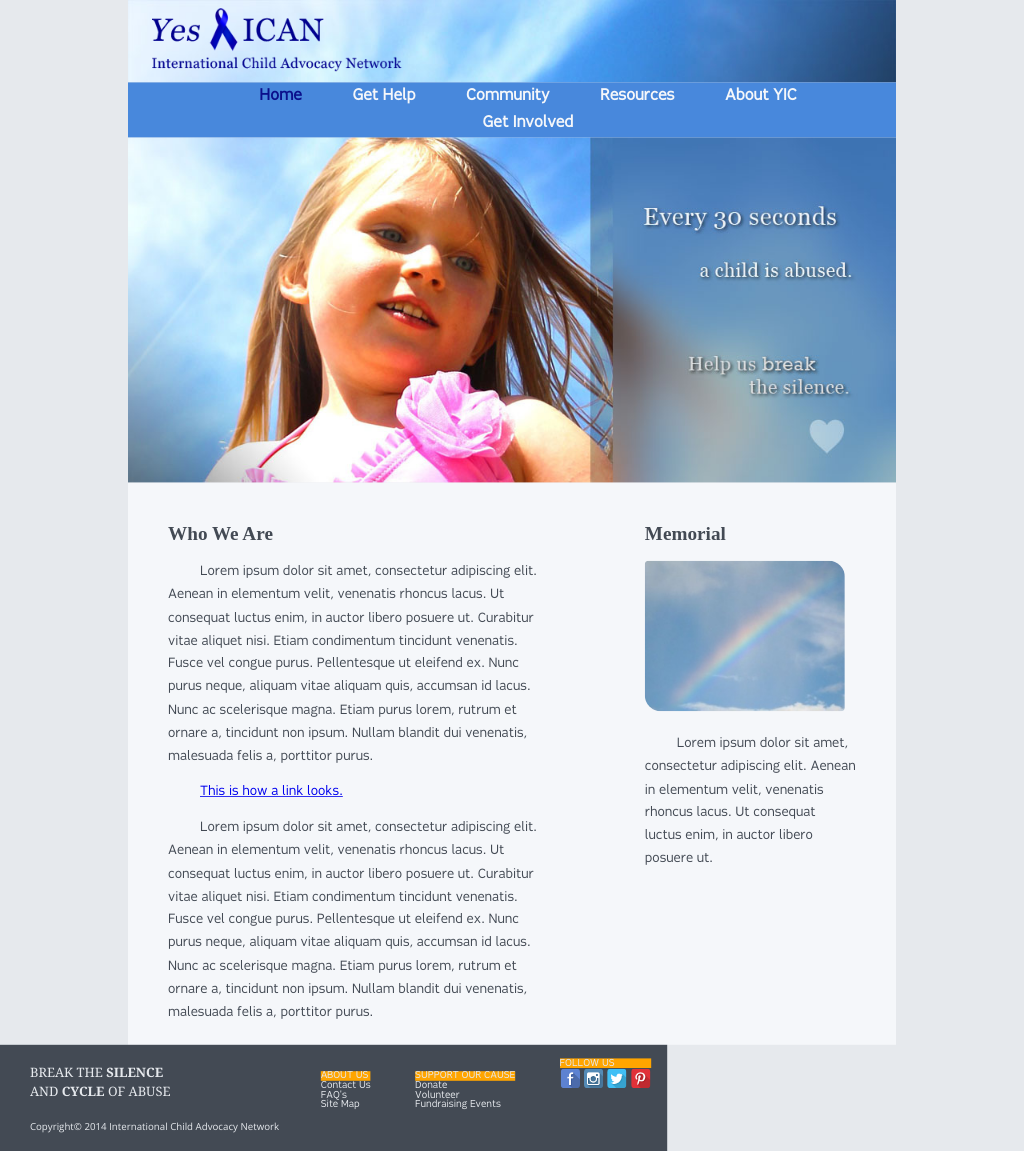
Repository: Rob21789/Yes-I-Can
Page: index.html
The author's editor kept a record of every edit. The page is drawn from the files as they stood at one moment, then again after the next edit.
The browser window is 1280 px wide. The pictures show the whole page, at 80% of full size.
Some web fonts or font styles are not loaded; a fallback is used.

Above is the page before.

### index.html
<!DOCTYPE html>
<html>
  <head>
	<meta charset="utf-8">
	<title>Yes ICAN: International Child Advocacy Network</title>
	<link rel="stylesheet" href="css/normalize.css"/>
	<link rel="stylesheet" href="css/main.css"/>
	<link rel="stylesheet" href="css/responsive1.css"/>
	<meta name="viewport" content="width=device-width, maximum-scale=1; minimum-scale=1; initial-scale=1.0">
	<link href='http://fonts.googleapis.com/css?family=Droid+Serif:700|Open+Sans' rel='stylesheet' type='text/css'>
  </head>
  <body>
	<header>
			<!--This is where my header was, but I am commenting it out for editing
		<img id="header" src="img/header.jpg"/> Include transparent logo PNG here-->
		<div id="header"><a href="index.html"><img id="logo" alt="site logo" src="img/logo.png"/></a></div>

		<nav>
			<ul>
			    <li><a class="selected" href="index.html">Home</a></li>
				<li><a href="chat.html">Get Help</a></li>
				<li><a href="http://community.yesican.org">Community</a></li>
				<li><a href="resources.html">Resources</a></li>
				<li><a href="about.html">About YIC</a></li>
				<li><a href="supportyic.html">Get Involved</a></li>
			</ul>
		</nav>
	</header>


	<img id="banner" alt="home page banner" src="img/banner.jpg"/>
	<!--The main content of the website will go inside of the #wrapper id. It is divided into two sections: #primary & #secondary.-->
	<div id="wrapper">
		<!-- Two sections have been created for desktop view to have two columns. Mobile website will just be stacked-->
		<div id="content">
			<section id="primary"><!--Left column content goes here-->
				<h2>Who We Are</h2>
				<p>Lorem ipsum dolor sit amet, consectetur adipiscing elit. Aenean in elementum velit, venenatis rhoncus lacus. Ut consequat luctus enim, in auctor libero posuere ut. Curabitur vitae aliquet nisi. Etiam condimentum tincidunt venenatis. Fusce vel congue purus. Pellentesque ut eleifend ex. Nunc purus neque, aliquam vitae aliquam quis, accumsan id lacus. Nunc ac scelerisque magna. Etiam purus lorem, rutrum et ornare a, tincidunt non ipsum. Nullam blandit dui venenatis, malesuada felis a, porttitor purus.</p>
				<p><a href="#">This is how a link looks.</a></p>
				<p>Lorem ipsum dolor sit amet, consectetur adipiscing elit. Aenean in elementum velit, venenatis rhoncus lacus. Ut consequat luctus enim, in auctor libero posuere ut. Curabitur vitae aliquet nisi. Etiam condimentum tincidunt venenatis. Fusce vel congue purus. Pellentesque ut eleifend ex. Nunc purus neque, aliquam vitae aliquam quis, accumsan id lacus. Nunc ac scelerisque magna. Etiam purus lorem, rutrum et ornare a, tincidunt non ipsum. Nullam blandit dui venenatis, malesuada felis a, porttitor purus.</p>
			</section>

			<section id="secondary"><!--Right column content goes here-->
				<h2>Memorial</h2>
				<img alt="Memorial List" src="img/memorial_list.jpg"/>
				<p>Lorem ipsum dolor sit amet, consectetur adipiscing elit. Aenean in elementum velit, venenatis rhoncus lacus. Ut consequat luctus enim, in auctor libero posuere ut.</p>
			</section>
		</div>
	</div>

	<!--Footer still needs to be completed-->
	<footer>
		<div id="footer-right">
			<ul>
				<li>ABOUT US</li>
				<li><a href="">Contact Us</a></li>
				<li><a href="">FAQ's</a></li>
				<li><a href="">Site Map</a></li>
			</ul>
			<ul>
				<li>SUPPORT OUR CAUSE</li>
				<li><a href="">Donate</a></li>
				<li><a href="">Volunteer</a></li>
				<li><a href="">Fundraising Events</a></li>
			</ul>
			<ul>
				<li>FOLLOW US</li>
				<li>
					<a href="#Facebook"><img src="img/facebook-icon.png" alt="Facebook Logo" class="social-icon"></a>
					<a href="#Instagram"><img src="img/instagram-icon.png" alt="Instagram Logo" class="social-icon"></a>
					<a href="#Twitter"><img src="img/twitter-icon.png" alt="Twitter Logo" class="social-icon"/></a>
					<a href="#Pinterest"><img src="img/pinterest-icon.png" alt="Pinterest Logo" class="social-icon"/></a>
				</li>
			</ul>
		</div>
		<div id="footer-left">
			<p id="footer-slogan">BREAK THE <strong>SILENCE</strong> <br>AND <strong>CYCLE</strong> OF ABUSE</p>
			<p id="copyright">Copyright&copy; 2014 International Child Advocacy Network</p>
		</div>
	</footer>
  </body>
</html>

### css/main.css
/***********************
GENERAL
***********************/
a {
    text-decoration: underline;
}

a:hover {
    text-decoration: underline;
}

img {

    max-width: 100%;
}

body {
    /*font-family: 'Fabrica', 'Courier New';*/
    font-family: 'Open Sans', sans-serif;
    background-color:#e6e9ed;
    color: #434a54;
}

#wrapper{
    max-width:960px;
    margin: 0 auto;
    background-color: #f5f7fa;
    overflow: auto; /*This fixed the wrapper background color problem that happened bc floating content*/
    line-height: 1.8em;
}
#wrapper img {
    border-radius:5px 20px 5px;
}

#wrapper p {
    text-indent: 2.5em;
}

#banner {
    margin-left: auto;
    margin-right:auto;
    padding: 0;
    display:block;
    clear:both;
}

#content {
    padding:20px 40px;
    padding-bottom:50px;
}

h1, h2, h3 {
    font-family: 'Droid Serif', serif;
}

.selected {
     color:#0B108C;
    text-decoration: none;
}


/***********************
HEADER - Top image strip above banner
***********************/
#logo {
    text-align:right;
    max-height:100%;
    max-width:100%;
    padding: 10px 0px 10px 30px;
}

#header {
    background-image: url(../img/header.jpg);
    background-repeat: no-repeat;
    background-position: top;
    margin: 0 auto;
    max-width:960px;
}

/*Commented out for testing new header technique
#header {
margin-left: auto;
margin-right: auto;
padding: 0;
display: block;
clear: both;
font-family: 'Fabrica', Arial;
}

*******/

/***********************
NAVIGATION - Main site navigation
***********************/
nav{
    background-color:#4888dc;
    text-align:center;
    color:blue;
    max-width:960px;
    margin: 0 auto;
    text-align:center;
    font-size:1.2em;
}
nav ul{
    list-style:none;
    margin:0 10px; /*Can be change later on in the design if it doesn't work*/
}
nav li{
    /*Inline, mostly text. Appears in the same line, inline as the rest of the text. Block
      pushes other items out of the page. Inline block maintains width and
      height but is in line with other images*/
    display:inline-block;
    list-style:none;
    padding: .4em 1.5em;
}
nav a {
    font-weight: 800;
}

nav a:visited, nav a:link {
    color:#f5f7fa;
    text-decoration: none;
}

nav a:hover {
    color:#0B108C;
    text-decoration: none;
}


nav ul li a.selected { /*Highlights current page for users*/
    color:#0B108C;
}


/**********************
FOOTER
**********************/
footer {
    font-family: 'Open Sans', sans-serif;
    max-width:950px;
    background-color:#434a54;
    font-size:0.75em;
    clear:both;
    color:#e6e9ed; overflow:auto;
    margin: 0 auto;
    padding:5px;
}
footer h3{
    padding-left: .9em;
    font-family: 'Open Sans', sans-serif;
}
footer ul {
    display:inline-block;
    list-style-type: none;
    }
footer ul li{
    list-style:none;
    text-decoration:none;
    margin-left: 1em;
}
footer ul li a{
    color:#e6e9ed;
    text-decoration:none;
}

footer a:hover {
    color:#FFFFFF; /*Change hover color to make it more prominent*/
}


/**********************
RIGHT SIDE OF FOOTER - Contains links and social media icons
**********************/
#footer-right {
    float:right;
    margin-right:15px;
}

#footer-right li:nth-child(1) {
    background-color:orange;
}

.social-icon {
    display:inline-block;
    width:24px;
    height:24px;
    margin-bottom:22.7px; /*controls height of "follow us" in footer*/
    padding:1px;
    border-radius: 20%;
}

/**********************
LEFT SIDE OF FOOTER - Contains copyright and slogan
**********************/
#footer-left {
    float:left;
    padding-left: 2em;
    text-align:left;
    font-size: 1.35em;
    display:inline-block;
    line-height: 1.5em;
}

#footer-slogan {
    font-family: 'Georgia', 'Droid Serif', sans-serif;
}

#copyright{
    font-size: .75em;
    text-align:left;
    margin-top: 5px;
    display:inline-block;
    font-family: 'Open Sans', sans-serif;
}

/***********************
CONTENT TEMPLATE - Content template for all other pages
***********************/

### css/responsive1.css
/*This is the placeholder for responsive CSS that we will implement for mobile design*/

/* Smartphones ----------- */
@media screen and (max-width: 519px){
/* Styles */

  #content{
    float:none;
    padding:0;
    width: auto;
  }

  img{
    max-width: 100%;
    height: auto;
    width:auto\9; /*for ie8*/
  }

  body{
    float:left;
    font-family: 'Fabrica';
  }

  #logo {
   margin-right:auto;
   max-width: 100%;
   height: auto;
   padding: 0;
  }

  #wrapper{
    margin: 0 auto;
  }
  #wrapper p{
    text-indent: 0;
  }

  h1, h2, h3 {
    font-family: 'Fabrica';
  }

  nav{
    position: relative;
    min-height: 40px;
  }

  nav ul{
    position:absolute;
    width: 180px;
    padding: 5px,0;
    top: 0;
    left: 0;
    border: solid 1px #aaa;
    background: #fff url(../img/menu-bar-mobile.jpg) no-repeat 10px 11px;
    border-radius: 5px;
    box-shadow: 0 1px 2px rgba(0,0,0,.3);
  }

  nav ul:hover li{
    display: block;
    margin: 0 0 5px;
  }

  nav a:hover {
    display:block;
  }

  nav li{
    display:none;
    margin:none;
  }

  #banner{
    display: none;
  }

  footer{
    font-family: 'Fabrica';
    float:left;
  }
}

/*Ipads and Tablets*/
@media screen and (min-width:960px) and (max-device-width: 1024px) and (orientation: landscape){
  footer{
    font-family: 'Fabrica';
    float: left;
  }

  body{
    font-family: 'Fabrica';
  }

   #primary {
    width: 55%;
    float: left;
    padding:10px;
  }

  #secondary {
    width: 30%;
    float: right;
    padding:10px;
  }
}

/* Desktops and laptops ----------- */
@media screen and (min-width: 1200px){
/* Styles */
  #primary {
    width: 55%;
    float: left;
    padding:10px;
  }

  #secondary {
    width: 30%;
    float: right;
    padding:10px;
  }
}

/*************************************
  TWO COLUMN LAYOUT

 Will target anything larger than average smartphone.
This is helpful for normal sized tablets, very large smartphones, and very small desktop windows.
***************************************/
@font-face {
    font-family: 'Fabrica';
    font-style: normal;
    font-weight: 100;
    src: local('Fabrica'), local('Fabrica'), url('/font/Fabrica.otf') format('opentype');
    }

Loaded but not shown: css/normalize.css (library)

After the next edit:
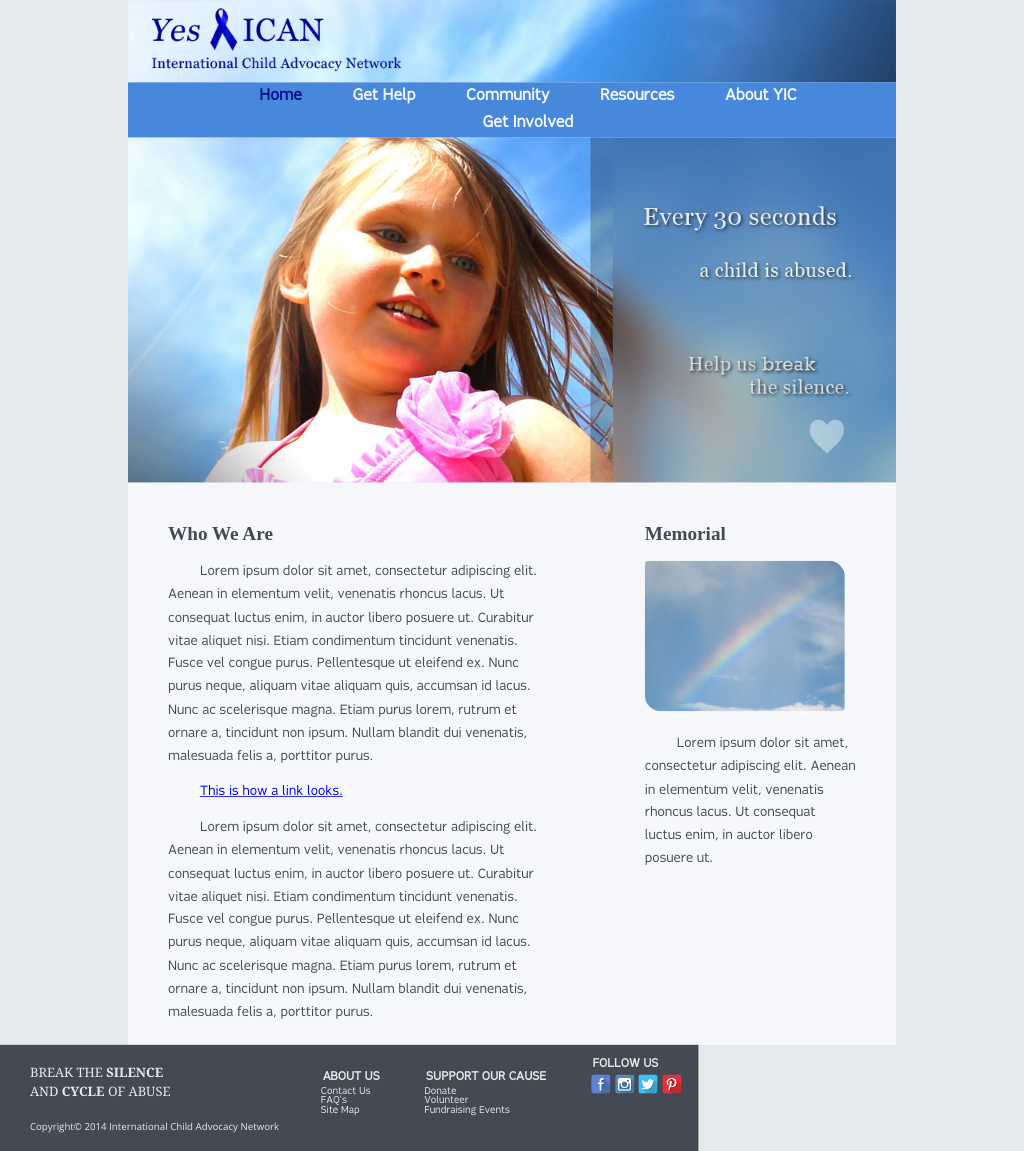
The edit:
--- a/css/main.css
+++ b/css/main.css
@@ -178,7 +178,9 @@
 }
 
 #footer-right li:nth-child(1) {
-    background-color:orange;
+    font-weight:bold;
+    font-size:1.2em;
+    padding-bottom:4px;
 }
 
 .social-icon {
